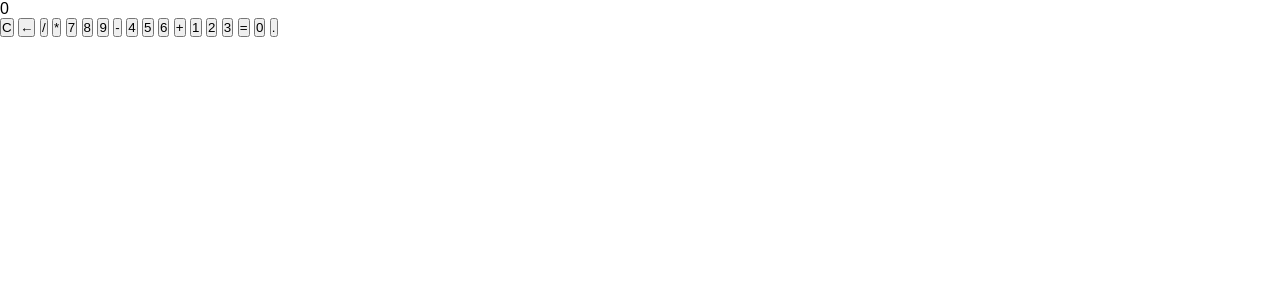
Repository: Herinyhert/Calculator
Page: index.html
An editor plug-in stored every save of this project. The page is shown before and after a run of saves, followed by the edit.
The browser window is 1280 px wide. The pictures show the whole page.

Above is the page before, as saved 2023-05-21 20:36:44.

After the next 5 saves:
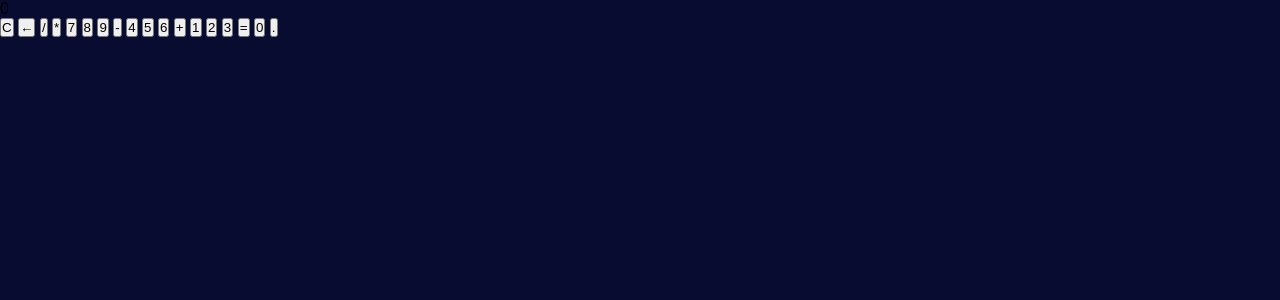
The 5 saves are shown as one change because they came seconds apart.
The last was saved 15 s later.
--- a/css/main.css
+++ b/css/main.css
@@ -7,5 +7,6 @@
 
 body{
     min-height: 100vh;
-    background-color: #;
+    background-color: #090c31;
+
 }
